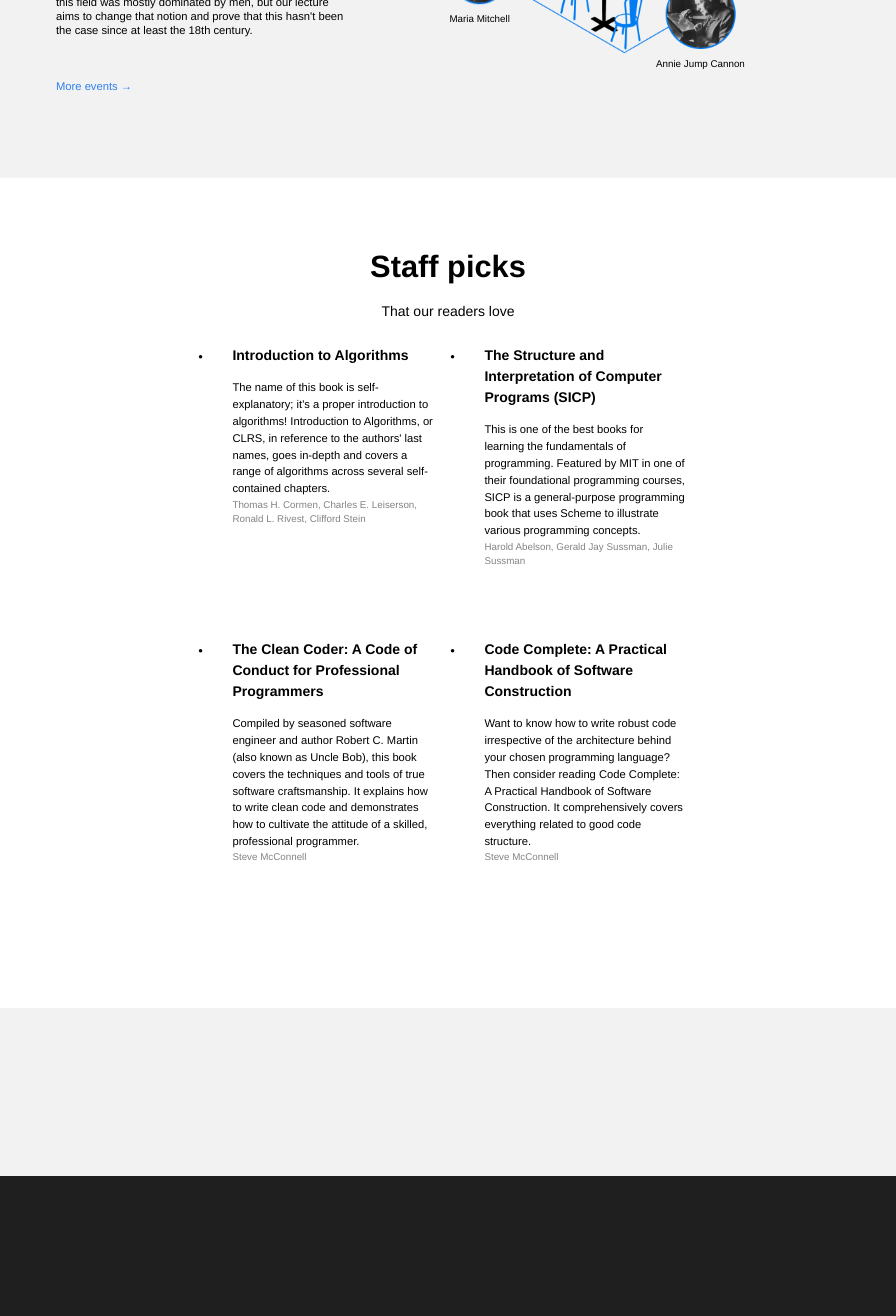
Repository: MWilliams-26/se_project_library
Page: index.html
The author's editor kept a copy of each file at every save. The page is drawn from the files as they stood at one save, then again after the next save.
The browser window is 1280 px wide. The pictures show the part of the page from y = 1290 to 3210 px (the page is 3170 px tall before and 3210 px after), at 70% of full size.

Above is the page before, as saved 2023-04-03 11:03:16.

### index.html
<!DOCTYPE html>
<html lang="en">
  <head>
    <meta charset="UTF-8" />
    <meta name="viewport" content="width=device-width, initial-scale=1.0" />
    <title>Practicum Library</title>
    <link rel="shortcut icon" href="favicon.ico" />
    <link rel="stylesheet" href="./styles/normalize.css" />
    <link rel="stylesheet" href="./styles/style.css" />
  </head>

  <body>
    <!-- Wrap the entire page content in a new div with the page class. Remember to add the closing tag -->
    <div class="page">
      <header class="header">
        <nav class="nav">
          <img
            src="./images/logo.png"
            alt="Practicum Library Logo"
            class="logo"
          />
          <!-- Putting navigation links in a list is supposed to be the best practice of writing the semantic code since it allows screen readers to pause between each link instead of reading all the links as a sentence. -->
          <ul class="nav__links">
            <li>
              <a class="nav__link">Staff picks</a>
            </li>
            <li>
              <a class="nav__link">Events</a>
            </li>
            <li>
              <a class="nav__link">Become a member</a>
            </li>
            <li>
              <a class="nav__link">About</a>
            </li>
            <li>
              <a class="nav__link">Contacts</a>
            </li>
          </ul>
        </nav>
        <h1 class="header__title">Welcome to the Practicum Library</h1>
        <p class="header__description">
          We're pleased to open our library doors to everyone! Come and expand
          your development knowledge, or just use this lovely spot to work or
          study. This is a cool place for cool students!
        </p>
        <!-- ----------------------------------------------------------------- -->
        <!--               Don't uncomment until project stage 2               -->
        <!-- ----------------------------------------------------------------- -->
        <img
          src="./images/inside_the_library.png"
          alt="Illustration 'Inside the library'"
          class="header__image"
        />
        <div class="header__footer">
          <a class="header__link">About the library &darr;</a>
          <p class="header__address">
            200 Success Avenue, The Town of Practicum
          </p>
        </div>
      </header>

      <main class="content">
        <section class="events">
          <div class="events__content">
            <h2 class="events__heading">Upcoming events:</h2>
            <h3 class="events__title">
              In honor of Joan Feynman: Women in astrophysics
            </h3>
            <div class="event-info events__info-section">
              <div class="event-info__item">
                <div
                  class="event-info__icon event-info__icon_type_calendar"
                ></div>
                <p class="event-info__text">Mon, January 12</p>
              </div>
              <div class="event-info__item">
                <div class="event-info__icon event-info__icon_type_pin"></div>
                <p class="event-info__text">
                  Practicum Library Conference Hall & Online
                </p>
              </div>
            </div>
            <p class="events__description">
              At this event, which celebrates the library's namesake, our guest
              lecturer will take us on a journey exploring some of the most
              prominent female researchers in the world of space science. It's
              easy to buy into the misconception that this field was mostly
              dominated by men, but our lecture aims to change that notion and
              prove that this hasn't been the case since at least the 18th
              century.
            </p>
            <a href="#" class="events__more">More events &rarr;</a>
          </div>
          <div class="events__cover">
            <img
              class="events__image"
              src="images/cafe.png"
              alt="events image"
            />
            <div class="person person_name_feynman">
              <p class="person__caption">Joann Feynman</p>
              <img
                class="person__image person__image_size_l"
                src="images/person_feynman.png"
                alt="Joann Feyman"
              />
            </div>
            <div class="person person_name_burbidge">
              <p class="person__caption">Margaret Burbidge</p>
              <img
                class="person__image person__image_size_m"
                src="images/person_burbidge.png"
                alt="Margaret Burbidge"
              />
            </div>
            <div class="person person_name_cannon">
              <img
                class="person__image person__image_size_m"
                src="images/person_cannon.png"
                alt="Annie Jump Cannon"
              />
              <p class="person__caption">Annie Jump Cannon</p>
            </div>
            <div class="person person_name_burbidge">
              <p class="person__caption">Margaret Burbidge</p>
              <img
                class="person__image person__image_size_m"
                src="images/person_burbidge.png"
                alt="Margaret Burbidge"
              />
            </div>
            <div class="person person_name_mitchell">
              <img
                class="person__image person__image_size_s"
                src="images/person_mitchell.png"
                alt="Maria Mitchell"
              />
              <p class="person__caption">Maria Mitchell</p>
            </div>
            <div class="person person_name_tarter">
              <p class="person__caption">Jill Tarter</p>
              <img
                class="person__image person__image_size_m"
                src="images/person_tarter.png"
                alt="Jill Tarter"
              />
            </div>
          </div>
        </section>

        <section class="staff">
          <!-- --------------------------------------------------------------- -->
          <!--        Don't uncomment until the final project stage            -->
          <!-- --------------------------------------------------------------- -->
          <h2 class="staff__title">Staff picks</h2>
          <p class="staff__subtitle">That our readers love</p>
          <ul class="staff__picks">
            <li class="card">
              <div class="card__content">
                <h3 class="card__title">Introduction to Algorithms</h3>
                <p class="card__text">
                  The name of this book is self-explanatory; it's a proper
                  introduction to algorithms! Introduction to Algorithms, or
                  CLRS, in reference to the authors' last names, goes in-depth
                  and covers a range of algorithms across several self-contained
                  chapters.
                </p>
                <p class="card__footer">
                  Thomas H. Cormen, Charles E. Leiserson, Ronald L. Rivest,
                  Clifford Stein
                </p>
              </div>
            </li>

            <li class="card">
              <div class="card__content">
                <h3 class="card__title">
                  The Structure and Interpretation of Computer Programs (SICP)
                </h3>
                <p class="card__text">
                  This is one of the best books for learning the fundamentals of
                  programming. Featured by MIT in one of their foundational
                  programming courses, SICP is a general-purpose programming
                  book that uses Scheme to illustrate various programming
                  concepts.
                </p>
                <p class="card__footer">
                  Harold Abelson, Gerald Jay Sussman, Julie Sussman
                </p>
              </div>
            </li>

            <li class="card">
              <div class="card__content">
                <h3 class="card__title">
                  The Clean Coder: A Code of Conduct for Professional
                  Programmers
                </h3>
                <p class="card__text">
                  Compiled by seasoned software engineer and author Robert C.
                  Martin (also known as Uncle Bob), this book covers the
                  techniques and tools of true software craftsmanship. It
                  explains how to write clean code and demonstrates how to
                  cultivate the attitude of a skilled, professional programmer.
                </p>
                <p class="card__footer">Steve McConnell</p>
              </div>
            </li>

            <li class="card">
              <div class="card__content">
                <h3 class="card__title">
                  Code Complete: A Practical Handbook of Software Construction
                </h3>
                <p class="card__text">
                  Want to know how to write robust code irrespective of the
                  architecture behind your chosen programming language? Then
                  consider reading Code Complete: A Practical Handbook of
                  Software Construction. It comprehensively covers everything
                  related to good code structure.
                </p>
                <p class="card__footer">Steve McConnell</p>
              </div>
            </li>
          </ul>
        </section>

        <section class="membership">
          <!-- --------------------------------------------------------------- -->
          <!--         Don't uncomment until the final project stage           -->
          <!-- --------------------------------------------------------------- -->
          <!--<h2 class="membership__title">Becoming a library member is easy!</h2>
        <ul class="membership__steps">
          <li class="step">
            <h3 class="step__title">
              Step 1
              <img
                src="./images/icon_step_forward.svg"
                alt="icon forward"
                class="step__icon"
              />
            </h3>
            <p class="step__description">
              Fill out the membership form online or in person.
            </p>
          </li>
          <li class="step">
            <h3 class="step__title">
              Step 2
              <img
                src="./images/icon_step_forward.svg"
                alt="icon forward"
                class="step__icon"
              />
            </h3>
            <p class="step__description">
              Come pick up your library card at the front desk.
            </p>
          </li>
          <li class="step">
            <h3 class="step__title">
              Step 3
              <img
                src="./images/icon_step_forward.svg"
                alt="icon forward"
                class="step__icon"
              />
            </h3>
            <p class="step__description">Sign the back of the card.</p>
          </li>
          <li class="step">
            <h3 class="step__title">
              Step 4
              <img
                src="./images/icon_step_finish.svg"
                alt="icon finish"
                class="step__icon"
              />
            </h3>
            <p class="step__description">
              Enjoy all the awesome benefits of membership!
            </p>
          </li>
        </ul>-->
        </section>

        <section class="about">
          <!-- --------------------------------------------------------------- -->
          <!--          Don't uncomment until the final project stage          -->
          <!-- --------------------------------------------------------------- -->
          <!--<h2 class="about__title">About the library</h2>
        <div class="about__content">
          <p class="about__paragraph">
            Libraries are essential establishments in practically every city,
            and Practicum's library is no exception. It first opened its doors
            way back in 2018, right as our humble town began bidding welcome to
            its very first citizens!
          </p>
          <p class="about__paragraph">
            Since its initial opening, the library has seen nearly 342 visitors
            each month. That's almost 50% of our population! So far, most
            citizens have enjoyed reading books and making use of our ample
            online resources.
          </p>
          <p class="about__paragraph">
            The library gets its name from Joan Feynman, an American
            astrophysicist and the first woman to be elected as an officer of
            the American Geophysical Union.
          </p>
        </div>
        <div class="about__circle"></div> -->
        </section>
      </main>
      <footer class="footer">
        <!-- ----------------------------------------------------------------- -->
        <!--          Don't uncomment until the final project stage            -->
        <!-- ----------------------------------------------------------------- -->
      </footer>
    </div>
  </body>
</html>

### styles/style.css
.page {
  /* Add page class properties here */
  min-width: 1100px;
  max-width: 1600px;
  margin: 0 auto;
  font-family: Helvetica Neue, Arial, sans-serif;
  font-size: 16px;
  line-height: 20px;
}

.header {
  height: 100vh;
  min-height: 720px;
  max-height: 800px;
  padding: 30px 80px 0;
  position: relative;
  box-sizing: border-box;
}

.nav {
  /* Add flex properties here */
  display: flex;
  justify-content: space-between;
  align-items: stretch;
  flex-flow: row wrap;
  margin-top: 8px;
}

.logo {
  width: 196px;
  height: 60px;
}

.nav__links {
  /* Reset default list styles here */
  margin: 0 0 0;
  display: flex;
  column-gap: 20px;
  list-style: none;
}

.nav__link {
  color: #000000;
  text-decoration: none;
  font-weight: bold;
}

.header__title {
  font-size: 66px;
  line-height: 76px;
  font-weight: 500;
  max-width: 544px;
  margin-top: 150px;
  margin-bottom: 32px;
}

.header__description {
  font-size: 20px;
  line-height: 30px;
  max-width: 532px;
}

.header__image {
  position: absolute;
  max-width: 636px;
  top: 135px;
  right: 20px;
  z-index: 1;
}

.header__footer {
  position: absolute;
  left: 0;
  bottom: 40px;
  width: 100%;
  display: flex;
  align-items: center;
  padding: 40px 80px 0;
  justify-content: space-between;
  box-sizing: border-box;
}

.header__link {
  color: #2f80ed;
  text-decoration: none;
}

.header__address {
  margin: 0;
  color: #838383;
}

.events {
  padding: 100px 0 120px 80px;
  display: flex;
  align-items: start;
  justify-content: space-between;
  box-sizing: border-box;
  background-color: #f2f2f2;
}
.events__content {
  flex-basis: 580px;
}

.events__heading {
  font-size: 20px;
  font-weight: 500;
  line-height: 30px;
  margin: 0;
}

.events__title {
  font-size: 44px;
  font-weight: 500;
  line-height: 52px;
  margin: 32px 0 0;
}

.events__info-section {
  margin-top: 32px;
}

.event-info__item {
  display: flex;
  align-items: center;
  margin-bottom: 4px;
  font-weight: 500;
}

.event-info__icon {
  background-repeat: no-repeat;
  background-position: center;
  margin-right: 12px;
  width: 24px;
  height: 24px;
}

.event-info__icon_type_calendar {
  background-image: url(../images/icon_calendar.svg);
}

.event-info__icon_type_pin {
  background-image: url(../images/icon_pin.svg);
}

.event-info__text {
  font-size: 20px;
  font-weight: 500;
  line-height: 30px;
  margin: 0;
}

.events__description {
  margin: 40px 0 60px;
}

.events__more {
  color: #2f80ed;
  text-decoration: none;
}

.events__cover {
  flex-grow: 1;
  flex-shrink: 0;
  flex-basis: 780px;
  max-width: 780px;
  position: relative;
}

.events__image {
  max-width: 100%;
}

.person {
  position: absolute;
  display: flex;
  align-items: center;
  flex-direction: column;
  gap: 10px;
}

.person_name_feynman {
  position: absolute;
  top: -30px;
  left: 319px;
}

.person_name_burbidge {
  top: 96px;
  right: 125px;
}

.person_name_cannon {
  bottom: 18px;
  right: 216px;
}

.person_name_mitchell {
  bottom: 82px;
  left: 142px;
}

.person_name_tarter {
  top: 79px;
  left: 159px;
}

.person__image {
  max-width: 100%;
}

.person__image_size_l {
  width: 140px;
}

.person__image_size_m {
  width: 100px;
}

.person__image_size_s {
  width: 80px;
}

.person__caption {
  text-align: center;
  font-size: 14px;
  margin: 0;
}
.staff {
  padding: 100px 0 140px;
}

.staff__title {
  text-align: center;
  font-size: 44px;
  line-height: 52px;
  margin: 0 0 24px;
}

.staff__subtitle {
  text-align: center;
  font-size: 20px;
  line-height: 30px;
  font-weight: 400;
  margin: 0;
}

.staff__picks {
  max-width: 760px;
  margin-top: 68px;
  margin: auto;
  display: flex;
  flex-wrap: wrap;
  justify-content: center;
}
/* Add the CSS rule for your new class here. Make sure to place it before .card: parents should precede their children */

.card {
  background-color: #fff;
  border-radius: 6px;
  padding: 32px 40px 20px 32px;
  box-sizing: border-box;
  width: 360px;
  height: 420px;
}

.card__content {
  width: 100%;
  height: 100%;
  display: flex;
  flex-direction: column;
}

.card__title {
  font-size: 20px;
  line-height: 30px;
  font-weight: 700;
  margin: 0;
}

.card__text {
  margin: 20px 0 0;
  font-size: 16px;
  line-height: 24px;
}

.card__footer {
  margin: 0;
  font-size: 14px;
  line-height: 20px;
  color: #838383;
}

.membership {
  padding: 100px 0 140px;
  background-color: #f2f2f2;
}

.membership__title {
  max-width: 574px;
  margin: 0 auto;
  text-align: center;
  font-size: 44px;
  font-weight: 500;
  line-height: 52px;
}

.membership__steps {
  list-style-type: none;
  padding: 0;
  margin: 100px 0 0;
  /* Add styles */
}

.step {
  /* Add styles */
}

.step__title {
  margin: 0;
  font-size: 20px;
  line-height: 30px;
  font-weight: 700;
  display: flex;
  align-items: center;
}

.step__icon {
  margin-left: 20px;
}

.step__description {
  margin: 10px 0 0;
}

.about {
  padding: 100px 80px;
  background-color: #1f1f1f;
  color: #fff;
  overflow: hidden;
  position: relative;
  box-sizing: border-box;
}

.about__title {
  margin: 0;
  font-size: 20px;
  line-height: 30px;
  font-weight: 500;
  z-index: 1;
}

.about__content {
  font-size: 20px;
  line-height: 30px;
  font-weight: 400;
  max-width: 660px;
}

.about__paragraph {
  margin: 0 0 32px;
}

.about__circle {
  background-color: #2f80ed;
  width: 495px;
  height: 495px;
  border-radius: 50%;
}

.footer {
  box-sizing: border-box;
}

.footer__columns {
}

.footer__column_content_hours {
}

.footer__column_content_social {
}

.footer__logo {
}

.footer__list {
  /* The code below removes the default browser styles for lists */
  list-style-type: none;
  padding: 0;
  margin: 0;
}

.footer__list-item {
}

.footer__column-heading {
}

.footer__column-link {
  color: white;
  font-size: 16px;
  line-height: 20px;
  text-decoration: none;
}

.footer__social-icon {
}

.footer__copyright {
}

Loaded but not shown: styles/normalize.css (library)

After the next save:
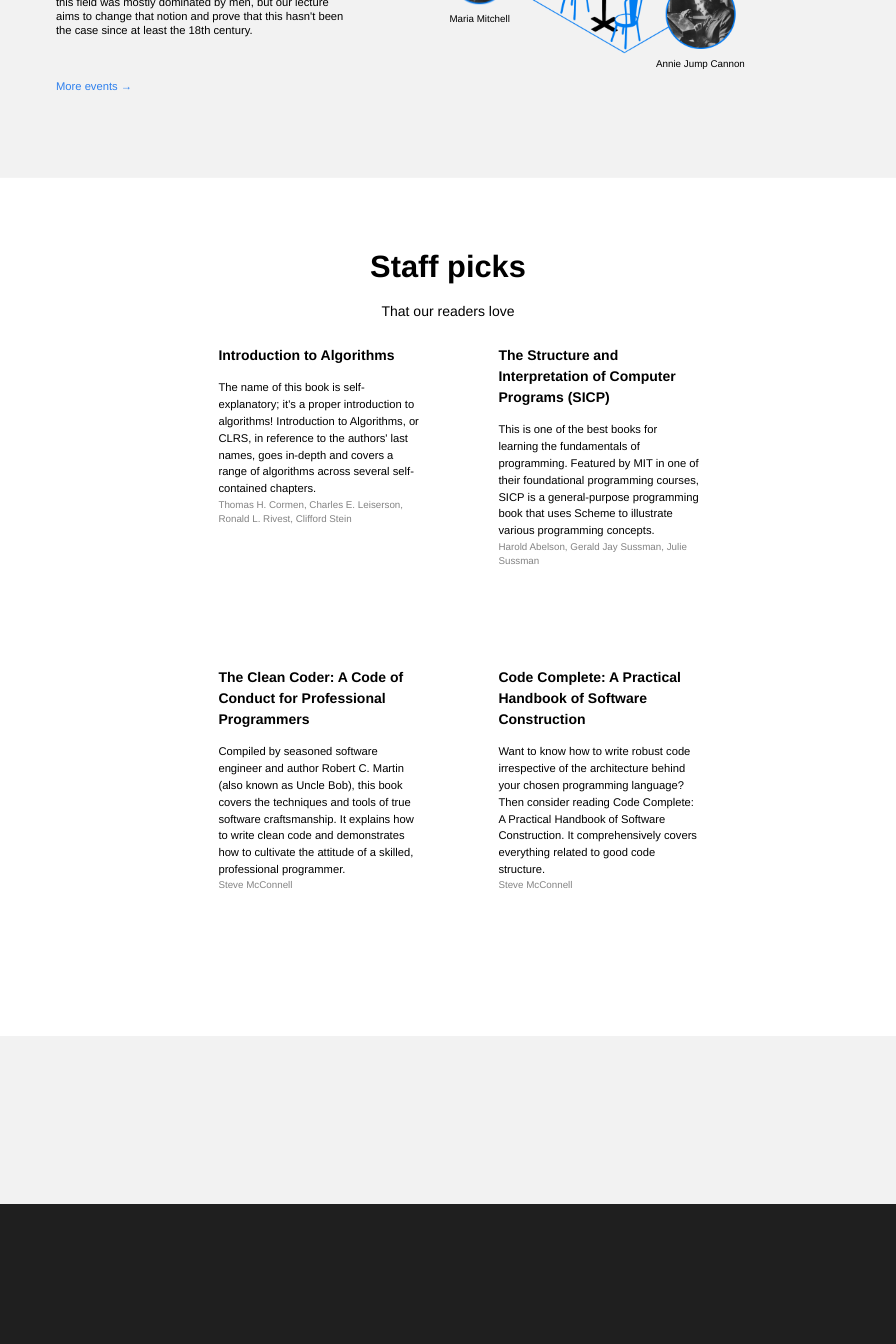
Saved 2 min 38 s later.
--- a/styles/style.css
+++ b/styles/style.css
@@ -252,6 +252,8 @@
   display: flex;
   flex-wrap: wrap;
   justify-content: center;
+  gap: 40px;
+  list-style-type: none;
 }
 /* Add the CSS rule for your new class here. Make sure to place it before .card: parents should precede their children */
 
@@ -370,6 +372,7 @@
 
 .footer {
   box-sizing: border-box;
+  margin-top: auto;
 }
 
 .footer__columns {
